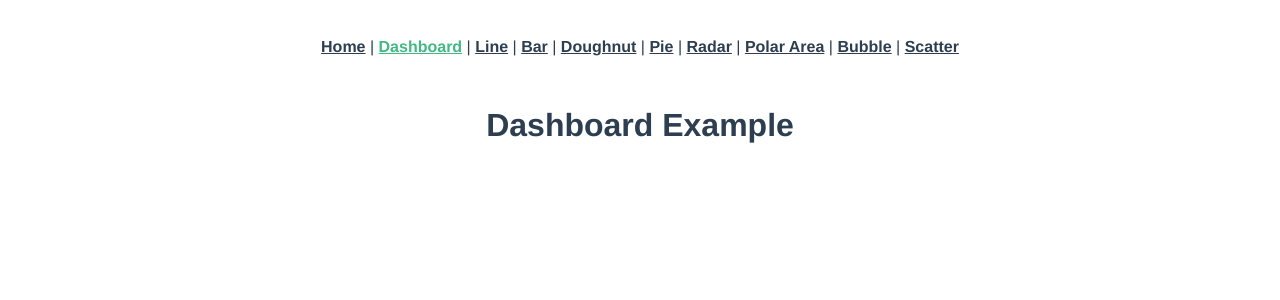
Repository: nashthecoder/vue_learn
Page: /dashboard (app in client/)
An editor plug-in stored every save of this project. The page is shown before and after the next save, followed by the edit.
The browser window is 1280 px wide. The pictures show the whole page.
The project was rebuilt for these pictures with package versions that can differ from the ones it lists, and the page was loaded fresh each time. Imported but missing from the stored project, and not drawn on this page: client/src/views/Home.vue.

Above is the page before, as saved 2020-12-16 19:49:26.

### client/public/index.html
<!DOCTYPE html>
<html lang="en">
  <head>
    <meta charset="utf-8">
    <meta http-equiv="X-UA-Compatible" content="IE=edge">
    <meta name="viewport" content="width=device-width,initial-scale=1.0">
    <link rel="icon" href="<%= BASE_URL %>favicon.ico">
    <title>Visualizations</title>
  </head>
  <body>
    <noscript>
      <strong>We're sorry but client doesn't work properly without JavaScript enabled. Please enable it to continue.</strong>
    </noscript>
    <div id="app"></div>
    <!-- built files will be auto injected -->
  </body>
</html>

### client/src/App.vue
<template>
  <div id="app">
    <div id="nav">
      <router-link to="/">Home</router-link> |
      <router-link to="/dashboard">Dashboard</router-link> |
      <router-link to="/line">Line</router-link> |
      <router-link to="/bar">Bar</router-link> |
      <router-link to="/doughnut">Doughnut</router-link> |
      <router-link to="/pie">Pie</router-link> |
      <router-link to="/radar">Radar</router-link> |
      <router-link to="/polar-area">Polar Area</router-link> |
      <router-link to="/bubble">Bubble</router-link> |
      <router-link to="/scatter">Scatter</router-link>
    </div>
    <div class="container">
      <div class="row">
        <div class="col-12">
          <router-view />
        </div>
      </div>
    </div>
  </div>
</template>

<style>
#app {
  font-family: "Avenir", Helvetica, Arial, sans-serif;
  -webkit-font-smoothing: antialiased;
  -moz-osx-font-smoothing: grayscale;
  text-align: center;
  color: #2c3e50;
}
#nav {
  padding: 30px;
}

#nav a {
  font-weight: bold;
  color: #2c3e50;
}

#nav a.router-link-exact-active {
  color: #42b983;
}
</style>

### client/src/router.js
import Vue from "vue";
import VueRouter from "vue-router";
import Home from "./views/Home.vue";

Vue.use(VueRouter);

const routes = [
  {
    path: "/",
    name: "Home",
    component: Home
  },
  {
    path: "/line",
    name: "Line",
    component: () => import("./views/Line.vue")
  },
  {
    path: "/bar",
    name: "Bar",
    component: () => import("./views/Bar.vue")
  },
  {
    path: "/doughnut",
    name: "Doughnut",
    component: () => import("./views/Doughnut.vue")
  },
  {
    path: "/pie",
    name: "Pie",
    component: () => import("./views/Pie.vue")
  },
  {
    path: "/radar",
    name: "Radar",
    component: () => import("./views/Radar.vue")
  },
  {
    path: "/polar-area",
    name: "PolarArea",
    component: () => import("./views/PolarArea.vue")
  },
  {
    path: "/bubble",
    name: "Bubble",
    component: () => import("./views/Bubble.vue")
  },
  {
    path: "/scatter",
    name: "Scatter",
    component: () => import("./views/Scatter.vue")
  },
  {
    path: "/dashboard",
    name: "Dashboard",
    component: () => import("./views/Dashboard.vue")
  }
];
const router = new VueRouter({
  mode: "history",
  base: process.env.BASE_URL,
  routes
});

export default router;

### client/src/views/Dashboard.vue
<template>
  <div class="about">
    <h1>Dashboard Example</h1>
    <v-container>
      <v-card-text></v-card-text>
      <v-card-text></v-card-text>
      <v-card-text></v-card-text>
    </v-container>
  </div>
</template>

Loaded but not shown: client/src/main.js (common file); client/src/registerServiceWorker.js (common file)

After the next save:
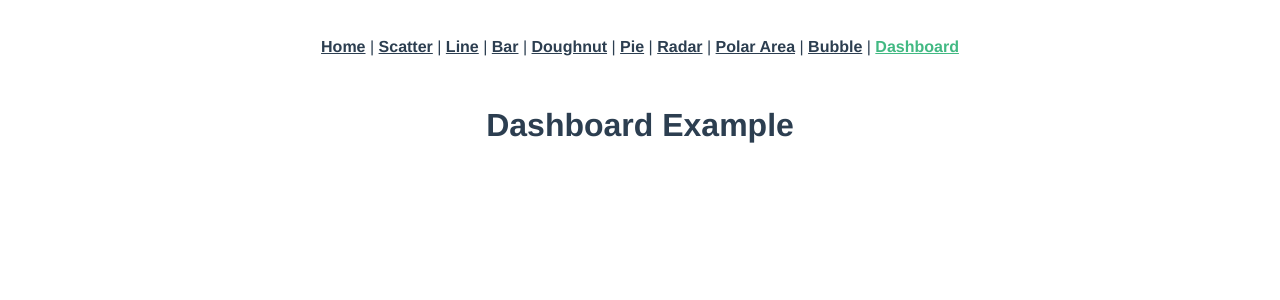
Saved 31 s later.
--- a/client/src/App.vue
+++ b/client/src/App.vue
@@ -2,7 +2,7 @@
   <div id="app">
     <div id="nav">
       <router-link to="/">Home</router-link> |
-      <router-link to="/dashboard">Dashboard</router-link> |
+      <router-link to="/scatter">Scatter</router-link> |
       <router-link to="/line">Line</router-link> |
       <router-link to="/bar">Bar</router-link> |
       <router-link to="/doughnut">Doughnut</router-link> |
@@ -10,7 +10,7 @@
       <router-link to="/radar">Radar</router-link> |
       <router-link to="/polar-area">Polar Area</router-link> |
       <router-link to="/bubble">Bubble</router-link> |
-      <router-link to="/scatter">Scatter</router-link>
+      <router-link to="/dashboard">Dashboard</router-link>
     </div>
     <div class="container">
       <div class="row">
